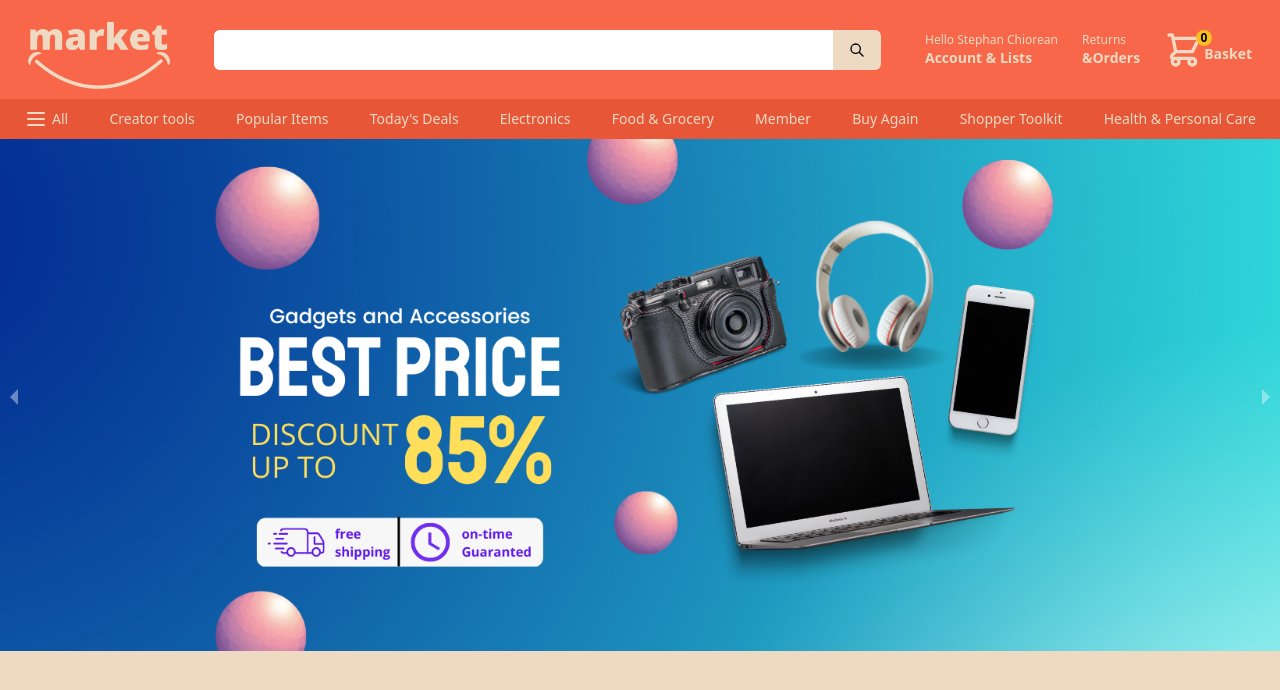
Repository: stephan-chiorean/marketplace-app
Page: /
An editor plug-in stored every save of this project. The page is shown before and after the next save, followed by the edit.
The browser window is 1280 px wide. The pictures show the whole page.
The project was rebuilt for these pictures with package versions that can differ from the ones it lists, and the page was loaded fresh each time. A package was used in the major version that the imports need, not the one package.json lists. The framework's server and built-in components were replaced by stand-ins that run in the browser. Also part of the build but not shown: next.config.js.

Above is the page before, as saved 2023-03-12 14:29:13.

### src/pages/index.js
import Head from "next/head";
import Header from "../components/Header";
import Banner from "../components/Banner";
export default function Home() {
  return (
    <div className="h-screen bg-marketplace-light">
      <Head>
        <title>Amazon 2.0</title>
      </Head>

      <Header/>
      <main className="max-w-screen-2xl mx-auto">
        {/* Banner */}
        <Banner/>

        {/* ProductFeed */}
      </main>
    </div>
  );
}

### src/styles/globals.css
@tailwind base;
@tailwind components;
@tailwind utilities;

@layer components {
    .link {
        @apply cursor-pointer hover:underline
    }
}

### src/components/Header.js
import React from 'react';
import Image from 'next/image';
import {
  MenuIcon,
  SearchIcon,
  ShoppingCartIcon,
} from '@heroicons/react/outline';

function Header() {
  return (
    <header>
      <div className='flex items-center bg-marketplace p-1 flex-grow py-2'>
        <div className='mt-2 flex items-center flex-grow sm:flex-grow-0'>
          <Image
            src='/images/logo.png'
            width={150}
            height={40}
            objectFit='contain'
            className='cursor-pointer mx-5'
          />
        </div>
        {/* search */}
        <div className='hidden sm:flex items-center h-10 rounded-md flex-grow cursor-pointer bg-[#EEDAC2] hover:bg-[#e4c7a4] mx-5'>
          <input
            className='p-2 h-full w-6 flex-grow flex-shrink rounded-l-md focus:outline-none px-4'
            type='text'
          />
          <SearchIcon className='h-12 p-4' />
        </div>
        {/* Right */}
        <div className='text-[#EEDAC2] flex items-center text-xs space-x-6 mx-6 whitespace-nowrap'>
          <div className='link'>
            <p>Hello Stephan Chiorean</p>
            <p className='font-extrabold md:text-sm'>Account & Lists</p>
          </div>
          <div className='link'>
            <p>Returns</p>
            <p className='font-extrabold md:text-sm'>&Orders</p>
          </div>
          <div className='relative link flex items-center'>
            <span className='absolute top-0 right-0 md:right-10 h-4 w-4 bg-yellow-400 text-center rounded-full text-black font-bold'>
              0
            </span>
            <ShoppingCartIcon className='h-10' />
            <p className='hidden md:inline font-extrabold md:text-sm mt-2'>
              Basket
            </p>
          </div>
        </div>
      </div>
      {/* Bottom nav */}
      <div className='flex p-2 px-6 justify-between items-center bg-marketplace-darky text-marketplace-light text-sm'>
        <p className='link flex items-center'>
          <MenuIcon className='h-6 mr-1' />
          All
        </p>
        <p className="link">Creator tools</p>
        <p className="link">Popular Items</p>
        <p className="link">Today's Deals</p>
        <p className="link hidden lg:inline-flex">Electronics</p>
        <p className="link hidden lg:inline-flex">Food & Grocery</p>
        <p className="link hidden lg:inline-flex">Member</p>
        <p className="link hidden lg:inline-flex">Buy Again</p>
        <p className="link hidden lg:inline-flex">Shopper Toolkit</p>
        <p className="link hidden lg:inline-flex">Health & Personal Care</p>

      </div>
    </header>
  );
}

export default Header;

### src/components/Banner.js
import React from 'react';
import { Carousel } from 'react-responsive-carousel';
import Banner1 from "public/images/banner1.png";
import Banner2 from "public/images/banner2.png";
import Banner3 from "public/images/banner3.png";
import "react-responsive-carousel/lib/styles/carousel.min.css";

function Banner() {
  return (
    <div className='relative'>
        <div className="absolute w-full h-32 bg-grad-to-t from-gray-100 to-transparent bottom-0 z-20"/>
      <Carousel
        autoPlay={true}
        infiniteLoop={true}
        showStatus={false}
        showIndicators={false}
        showThumbs={false}
        interval={10000}
      >
        <div>
          <img loading='lazy' src={Banner1.src} />
        </div>
        <div>
          <img loading='lazy' src={Banner2.src} />
        </div>
        <div>
          <img loading='lazy' src={Banner3.src} />
        </div>
      </Carousel>
    </div>
  );
}

export default Banner;

### tailwind.config.js
module.exports = {
    mode: "jit",
    purge: [
      "./src/pages/**/*.{js,ts,jsx,tsx}",
      "./src/components/**/*.{js,ts,jsx,tsx}",
    ],
    darkMode: false, // or 'media' or 'class'
    theme: {
      extend: {
        colors: {
          amazon_blue: {
            light: "#232F3E",
            DEFAULT: "#131921",
          },
          marketplace: {
            DEFAULT: "#F86749",
            darky:"#E85638",
            light: "#EEDAC2",
          }
        },
      },
    },
    variants: {
      extend: {},
    },
    plugins: [require("@tailwindcss/line-clamp")],
  };

Loaded but not shown: src/pages/_app.js (common file); src/pages/_document.js (common file)

After the next save:
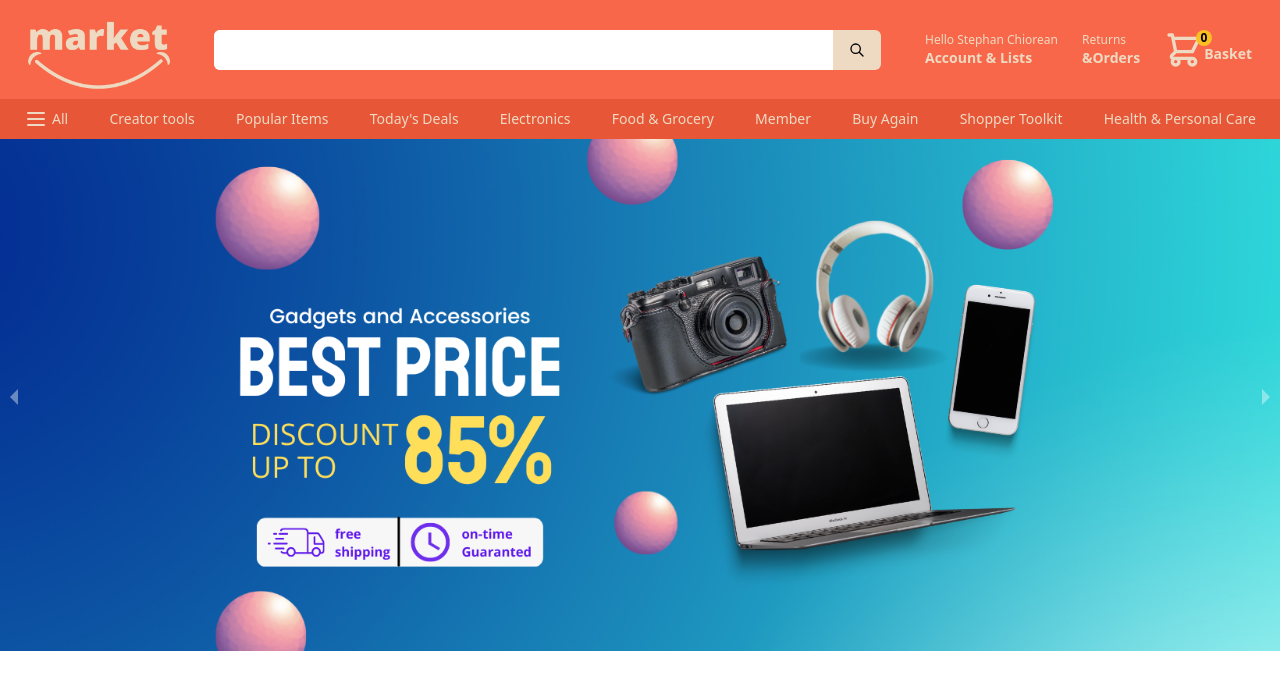
Saved 16 s later.
--- a/src/pages/index.js
+++ b/src/pages/index.js
@@ -3,7 +3,7 @@
 import Banner from "../components/Banner";
 export default function Home() {
   return (
-    <div className="h-screen bg-marketplace-light">
+    <div className="bg-marketplace-light">
       <Head>
         <title>Amazon 2.0</title>
       </Head>
